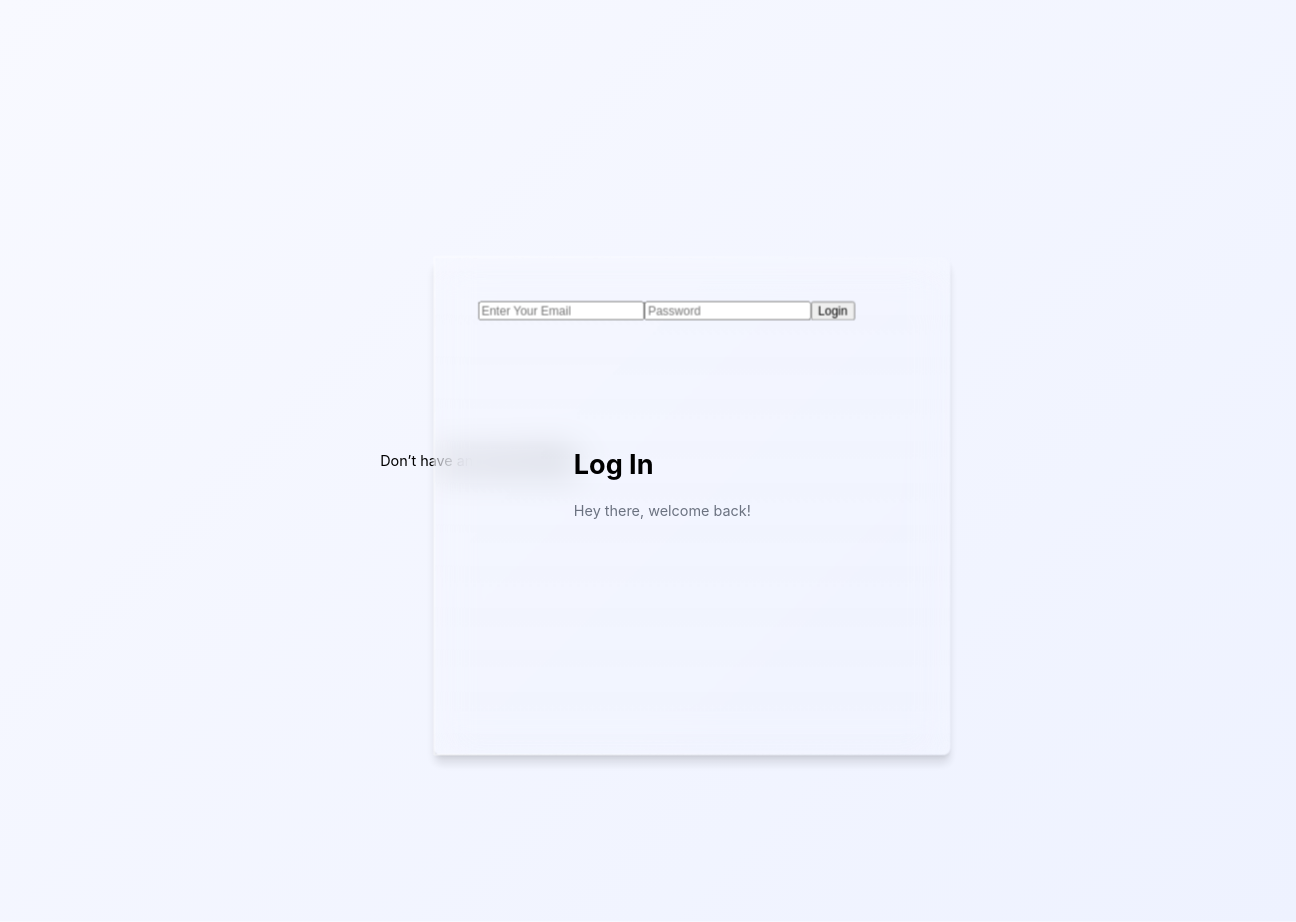
Repository: AfifaNoor/Admin_Panel-React-
Page: /admin-panel
An editor plug-in stored every save of this project. The page is shown before and after the next save, followed by the edit.
The browser window is 1280 px wide. The page is 1440 px wide, so the pictures cover 1440 px, including what lies to the right of the window. The pictures show the whole page, at 90% of full size.
The project was rebuilt for these pictures with package versions that can differ from the ones it lists, and the page was loaded fresh each time. Also part of the build but not shown: src/SignUp.jsx.

Above is the page before, as saved 2025-07-10 15:43:06.

### src/App.js
import React from 'react'
import LoginPage from './LoginPage'
import { RouterProvider } from 'react-router-dom'
import Router from './Router'

const App = () => {
  return (
    <>
      {/* <RouterProvider router={Router}/> */}
      <LoginPage/>
    </>


  )
}

export default App

### src/LoginPage.jsx
import React, { useState } from 'react'
// import {Navigate, useNavigate} from 'react-router-dom';
import "./LoginPage.css"
import { ToastContainer, toast } from 'react-toastify';
import 'react-toastify/dist/ReactToastify.css';

const LoginPage = () => {
    const[email , setEmail]=useState('')
    const [password , setPassword] = useState('')
    // const navigate= useNavigate();

const handleSubmit =(e)=>{
    e.preventDefault();

 const hardcoreMail="login@gmail.com";
 const hardcorePassword = '1234567'

    if (email=== hardcoreMail && password === hardcorePassword){
        alert("Login Successfull")

    }else{
        alert("Invalid Credential")
    }

}



  return (
 <div className="login-container">

      <div className="signup-redirect">
        <p>
          Don’t have an account?{' '}
          {/* <span className="signup-link" onClick={() => navigate('/sign-up')}> */}
            {/* Sign Up */}
          {/* </span> */}
          <span className="signup-link" >
            Sign
          </span>
        </p>
      </div>

      <div className="title">
        <h1>Log In</h1>
        <p>Hey there, welcome back!</p>
      </div>

    <div>



    </div>

      <form className="login-form" onSubmit={handleSubmit}>
        <input
          type="email"
          className="form-input"
          value={email}
          placeholder="Enter Your Email"
          onChange={(e) => setEmail(e.target.value)}
          required
        />

        <input
          type="password"
          className="form-input"
          placeholder="Password"
          value={password}
          onChange={(e) => setPassword(e.target.value)}
          required
        />

        <button className="login-btn" type="submit">
          Login
        </button>

        {/* <ToastContainer /> */}
      </form>
    </div>
  );
}

export default LoginPage

### src/Router.jsx
import React from 'react';
import { createBrowserRouter , createRoutesFromElements , Route } from 'react-router-dom';
import LoginPage from './LoginPage';
import SignUp from './SignUp';

const Router = createBrowserRouter(
  createRoutesFromElements(
    <>

      <Route path='/sign-up' element={<SignUp/>}/>
      <Route path='login-page' element={<LoginPage/>}/>
    </>
  )
)

export default Router;

### src/LoginPage.css
.login-container {
  width: 1440px;
  height: 1024px;
  /* background: #FFFFFF; */
  opacity: 1;
  transform: rotate(0deg);
  display: flex;
  justify-content: center;
  align-items: center;
   background: linear-gradient(135deg, #f8f9ff, #eef2ff);


}

.login-form{
  width: 476px;
  height: 456px;
  position: absolute;
  top: 284.5px;
  left: 482px;
  border-radius: 8px;
  padding: 48px;
  gap: 10px;
  opacity: 1;

  z-index: 2;

  background: linear-gradient(180deg, rgba(255, 255, 255, 0) -9.58%, rgba(255, 255, 255, 0.052) 100%);
  border: 1px solid transparent;
  border-image-source: linear-gradient(93.78deg, #FFFFFF 8.04%, rgba(255, 255, 255, 0) 100%);
  border-image-slice: 1;


-webkit-backdrop-filter: blur(20px);
backdrop-filter: blur(20px);

box-shadow:
  0px 10px 10px 0px rgba(0, 0, 0, 0.10),
  0px 4px 4px 0px rgba(0, 0, 0, 0.05),
  0px 1px 0px 0px rgba(0, 0, 0, 0.05),
  inset 0px 20px 50px 0px rgba(255, 255, 255, 0.15);




}

.title{
  z-index: 3;
  width: 380px;
  height: 72px;
  opacity: 1;
  gap: 10px;

}

.title h1 {
width: 380px;
height: 40px;
font-family: 'Inter', sans-serif;
font-weight: 600px;
font-size: 30px;
line-height: 40px;
letter-spacing: -1%;
}

.title p{
  font-size: 16px;
  font-style: Inter;
  font-weight: 400px;
  font-style:normal;
  line-height: 22px;
  letter-spacing: -1%;
  color: rgba(107, 114, 128, 1);

}

Loaded but not shown: public/index.html (common file); src/index.js (common file); src/index.css (common file); src/reportWebVitals.js (common file)

After the next save:
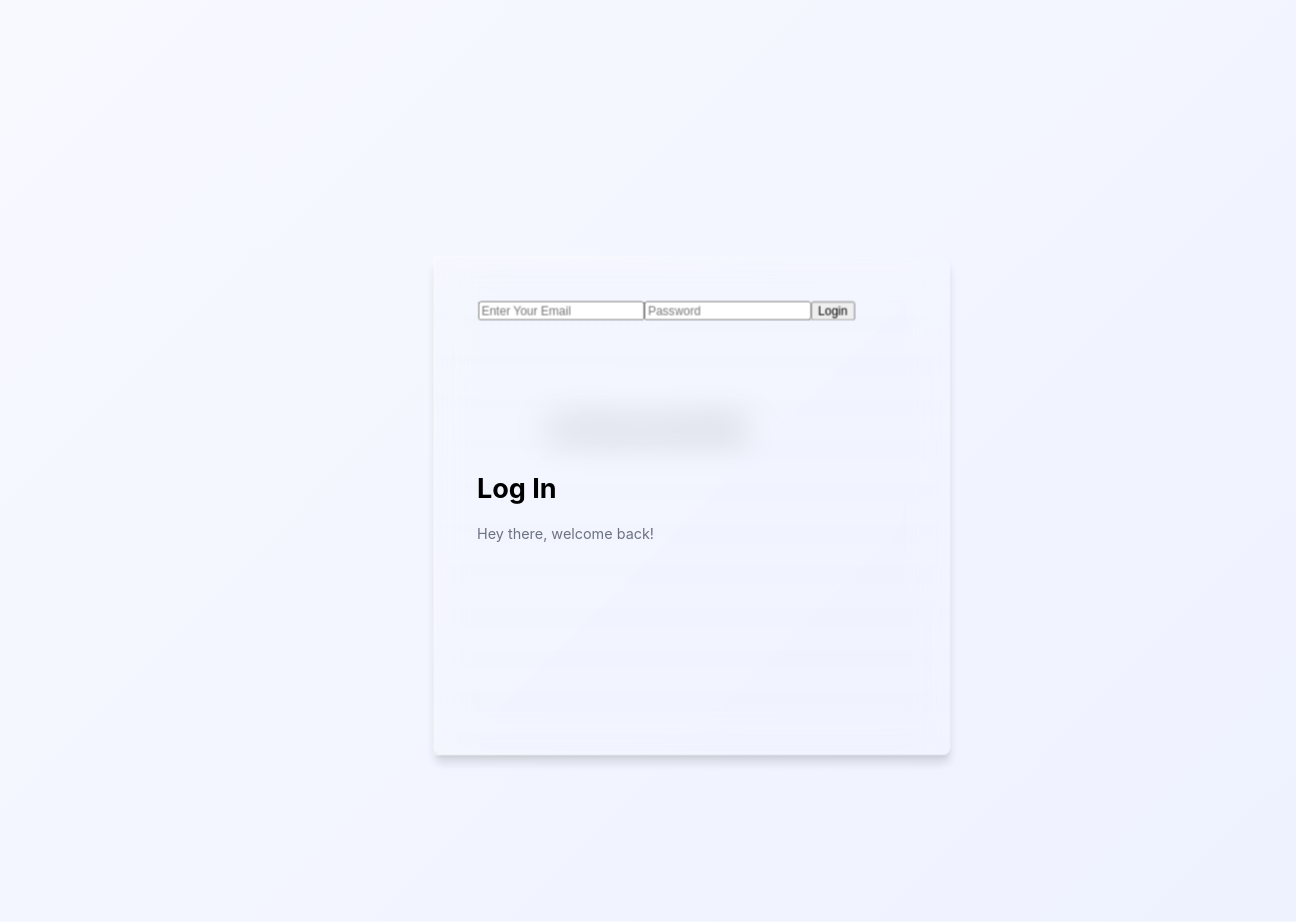
Saved 17 s later.
--- a/src/LoginPage.css
+++ b/src/LoginPage.css
@@ -7,7 +7,8 @@
   display: flex;
   justify-content: center;
   align-items: center;
-   background: linear-gradient(135deg, #f8f9ff, #eef2ff);
+  background: linear-gradient(135deg, #f8f9ff, #eef2ff);
+  flex-direction: column;
 
 
 }
